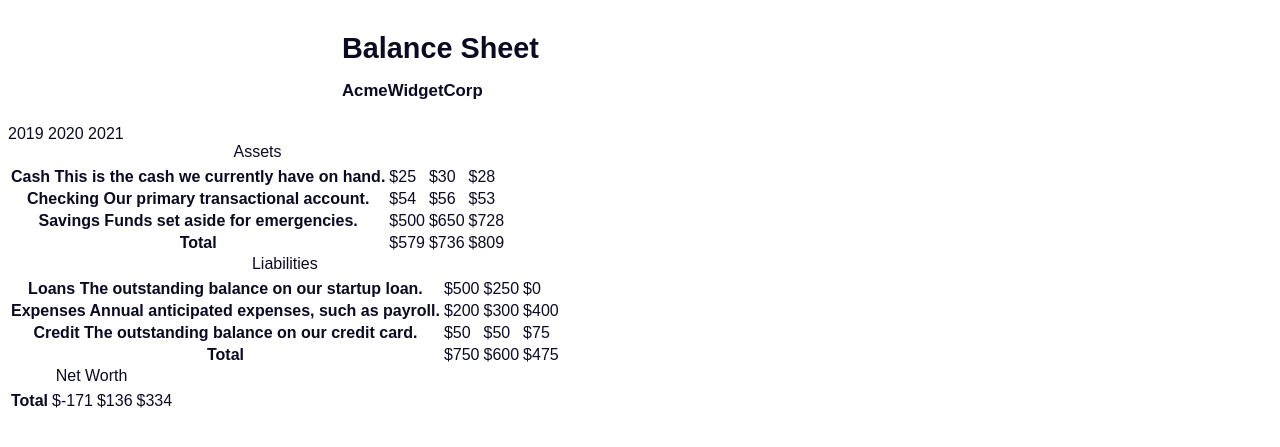
Repository: cipdanila/freeCodeCamp
Page: BalanceSheet/index.html
An editor plug-in stored every save of this project. The page is shown before and after the next save, followed by the edit.
The browser window is 1280 px wide. The pictures show the whole page.

Above is the page before, as saved 2023-10-19 18:23:11.

### BalanceSheet/index.html
<!DOCTYPE html>
<html lang="en">
    <head>
        <meta charset="UTF-8" />
        <meta name="viewport" content="width=device-width, initial-scale=1.0" />
        <title>Balance Sheet</title>
        <link rel="stylesheet" href="./styles.css" />
    </head>
    <body>
        <main>
            <section>
                <h1>
                    <span class="flex">
                        <span>AcmeWidgetCorp</span>
                        <span>Balance Sheet</span>
                    </span>
                </h1>
                <div id="years" aria-hidden="true">
                    <span class="year">2019</span>
                    <span class="year">2020</span>
                    <span class="year">2021</span>
                </div>
                <div class="table-wrap">
                    <table>
                        <caption>
                            Assets
                        </caption>
                        <thead>
                            <tr>
                                <td></td>
                                <th><span class="sr-only year">2019</span></th>
                                <th><span class="sr-only year">2020</span></th>
                                <th class="current">
                                    <span class="sr-only year">2021</span>
                                </th>
                            </tr>
                        </thead>
                        <tbody>
                            <tr class="data">
                                <th>
                                    Cash
                                    <span class="description"
                                        >This is the cash we currently have on
                                        hand.</span
                                    >
                                </th>
                                <td>$25</td>
                                <td>$30</td>
                                <td class="current">$28</td>
                            </tr>
                            <tr class="data">
                                <th>
                                    Checking
                                    <span class="description"
                                        >Our primary transactional
                                        account.</span
                                    >
                                </th>
                                <td>$54</td>
                                <td>$56</td>
                                <td class="current">$53</td>
                            </tr>
                            <tr class="data">
                                <th>
                                    Savings
                                    <span class="description"
                                        >Funds set aside for emergencies.</span
                                    >
                                </th>
                                <td>$500</td>
                                <td>$650</td>
                                <td class="current">$728</td>
                            </tr>
                            <tr class="total">
                                <th>
                                    Total <span class="sr-only">Assets</span>
                                </th>
                                <td>$579</td>
                                <td>$736</td>
                                <td class="current">$809</td>
                            </tr>
                        </tbody>
                    </table>
                    <table>
                        <caption>
                            Liabilities
                        </caption>
                        <thead>
                            <tr>
                                <td></td>
                                <th><span class="sr-only">2019</span></th>
                                <th><span class="sr-only">2020</span></th>
                                <th><span class="sr-only">2021</span></th>
                            </tr>
                        </thead>
                        <tbody>
                            <tr class="data">
                                <th>
                                    Loans
                                    <span class="description"
                                        >The outstanding balance on our startup
                                        loan.</span
                                    >
                                </th>
                                <td>$500</td>
                                <td>$250</td>
                                <td class="current">$0</td>
                            </tr>
                            <tr class="data">
                                <th>
                                    Expenses
                                    <span class="description"
                                        >Annual anticipated expenses, such as
                                        payroll.</span
                                    >
                                </th>
                                <td>$200</td>
                                <td>$300</td>
                                <td class="current">$400</td>
                            </tr>
                            <tr class="data">
                                <th>
                                    Credit
                                    <span class="description"
                                        >The outstanding balance on our credit
                                        card.</span
                                    >
                                </th>
                                <td>$50</td>
                                <td>$50</td>
                                <td class="current">$75</td>
                            </tr>
                            <tr class="total">
                                <th>
                                    Total
                                    <span class="sr-only">Liabilities</span>
                                </th>
                                <td>$750</td>
                                <td>$600</td>
                                <td class="current">$475</td>
                            </tr>
                        </tbody>
                    </table>
                    <table>
                        <caption>
                            Net Worth
                        </caption>
                        <thead>
                            <tr>
                                <td></td>
                                <th><span class="sr-only">2019</span></th>
                                <th><span class="sr-only">2020</span></th>
                                <th><span class="sr-only">2021</span></th>
                            </tr>
                        </thead>
                        <tbody>
                            <tr class="total">
                                <th>
                                    Total <span class="sr-only">Net Worth</span>
                                </th>
                                <td>$-171</td>
                                <td>$136</td>
                                <td class="current">$334</td>
                            </tr>
                        </tbody>
                    </table>
                </div>
            </section>
        </main>
    </body>
</html>

### BalanceSheet/styles.css
html {
    box-sizing: border-box;
}

body {
    font-family: sans-serif;
    color: #0a0a23;
}

span[class~="sr-only"] {    /* select any span element whose class are "sr-only" */
    border: 0;
    clip: rect(1px, 1px, 1px, 1px); /* define the visible portions of an element */
    clip-path: inset(50%);          /* determines the shape clip property should take */
    width: 1px;
    height: 1px;
    overflow: hidden;
    white-space: nowrap;
    position: absolute;
    padding: 0;
    margin: -1px;
}

h1 {
    max-width: 37.25rem;
    margin: 0 auto;
    padding: 1.5rem 1.25rem;
}

h1 .flex {
    display: flex;
    flex-direction: column-reverse;
    gap: 1rem;
}

h1 .flex span:first-of-type {           /* target the first element that matches the selector */
                                        /* since span elements are reversed, it will apply to second element */
    font-size: 0.7em;                   /* make the font to look like a sub-header */
}

h1 .flex span:last-of-type {            /* target the last element that matches the selector */
    font-size: 1.2em;                   /* make the font to look like a header */
}

section {
    max-width: 40;
}

After the next save:
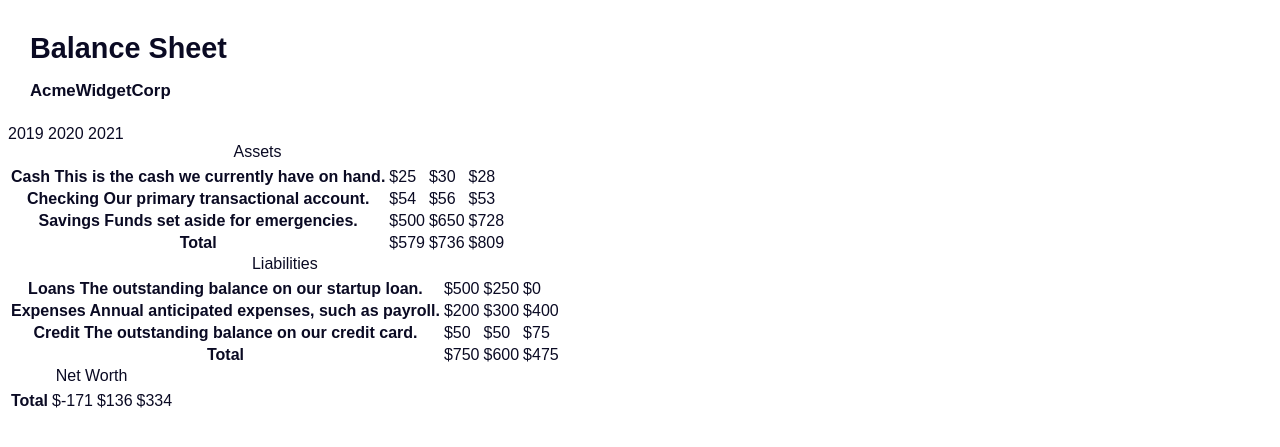
Saved 61 s later.
--- a/BalanceSheet/styles.css
+++ b/BalanceSheet/styles.css
@@ -42,5 +42,5 @@ h1 .flex span:last-of-type {            /* target the last element that matches
 }
 
 section {
-    max-width: 40;
+    max-width: 40rem;                   /*  */
 }
